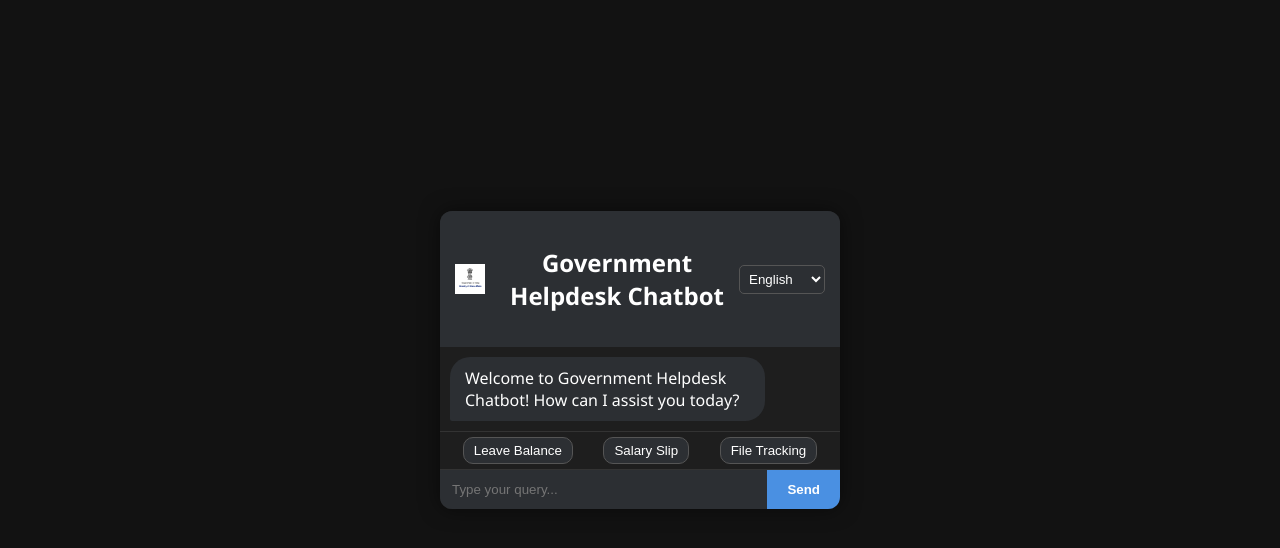
Repository: Bharath2026/Capstone-ccs_1-
Page: frontend/index.html
These files come from the project's save history. The page is drawn as it stood at one moment and after the next save; the edit follows.
The browser window is 1280 px wide. The pictures show the whole page.

Above is the page before, as saved 2025-08-25 11:09:58.

After the next save:
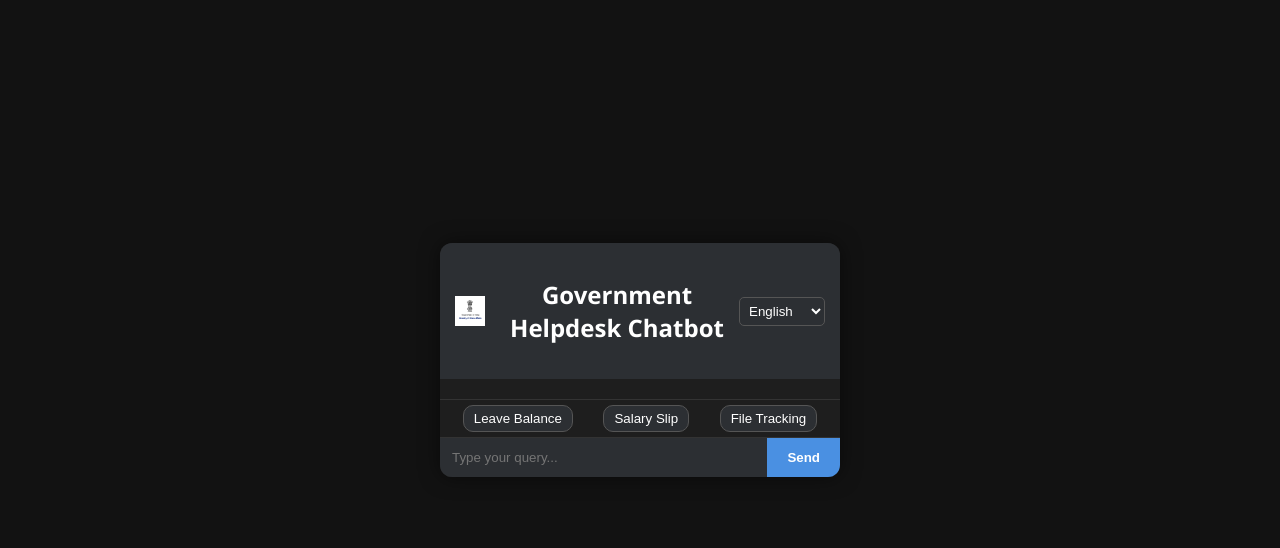
Console error: SyntaxError: Identifier 'responses' has already been declared
Saved 16 min 31 s later.
--- a/frontend/chat.js
+++ b/frontend/chat.js
@@ -61,6 +61,90 @@
         appendMessage("bot", responses[lang].sample);
         playSound();
     }, 1000);
+}// Play notification sound
+function playSound() {
+    let audio = document.getElementById("notify-sound");
+    if (audio) audio.play();
+}
+
+// Bot responses in multiple languages (placeholders)
+const responses = {
+    en: {
+        welcome: "Welcome to Government Helpdesk Chatbot! How can I assist you today?",
+        sample: "Hello! This is a sample response. Backend will answer real government queries."
+    },
+    kn: {
+        welcome: "ಸರ್ಕಾರಿ ಸಹಾಯವಾಣಿ ಚಾಟ್‌ಬಾಟ್‌ಗೆ ಸ್ವಾಗತ! ನಾನು ನಿಮಗೆ ಹೇಗೆ ಸಹಾಯ ಮಾಡಬಹುದು?",
+        sample: "ಹಲೋ! ಇದು ಒಂದು ಮಾದರಿ ಪ್ರತಿಕ್ರಿಯೆ. ನಿಜವಾದ ಉತ್ತರಗಳು ಬ್ಯಾಕ್‌ಎಂಡ್ ಮೂಲಕ ಬರುತ್ತವೆ."
+    },
+    hi: {
+        welcome: "सरकारी हेल्पडेस्क चैटबोट में आपका स्वागत है! मैं आपकी कैसे मदद कर सकता हूँ?",
+        sample: "नमस्ते! यह एक नमूना उत्तर है। वास्तविक उत्तर बैकएंड द्वारा प्रदान किए जाएंगे।"
+    }
+};
+
+// Get selected language
+function getLanguage() {
+    let langSelect = document.getElementById("language-selector");
+    return langSelect.value || "en";
+}
+
+// Append message to chat
+function appendMessage(sender, text, isTyping = false) {
+    let chatBox = document.getElementById("chat-box");
+    let msg = document.createElement("div");
+    msg.classList.add("message", sender);
+    msg.textContent = text;
+    if (isTyping) msg.classList.add("typing");
+    chatBox.appendChild(msg);
+    chatBox.scrollTop = chatBox.scrollHeight;
+}
+
+// Remove typing indicator
+function removeTypingIndicator() {
+    let typingMsg = document.querySelector(".message.bot.typing");
+    if (typingMsg) typingMsg.remove();
+}
+
+// Function to call Dialogflow API
+async function detectIntent(query) {
+    const response = await fetch('https://YOUR_DIALOGFLOW_API_ENDPOINT', {
+        method: 'POST',
+        headers: {
+            'Content-Type': 'application/json',
+            'Authorization': 'Bearer YOUR_ACCESS_TOKEN' // Use your Dialogflow access token
+        },
+        body: JSON.stringify({
+            queryInput: {
+                text: {
+                    text: query,
+                    languageCode: getLanguage()
+                }
+            }
+        })
+    });
+
+    const data = await response.json();
+    return data.queryResult.fulfillmentText; // Return the response text from Dialogflow
+}
+
+// Send user message
+async function sendMessage() {
+    let input = document.getElementById("user-input");
+    let message = input.value.trim();
+    if (message === "") return;
+
+    appendMessage("user", message);
+    input.value = "";
+
+    // Show bot typing indicator
+    appendMessage("bot", "Typing...", true);
+
+    // Call Dialogflow API
+    const botResponse = await detectIntent(message);
+    removeTypingIndicator();
+    appendMessage("bot", botResponse);
+    playSound();
 }
 
 // Quick reply button handler
@@ -80,3 +164,22 @@
     let lang = getLanguage();
     appendMessage("bot", responses[lang].welcome);
 });
+
+
+// Quick reply button handler
+function quickReply(text) {
+    document.getElementById("user-input").value = text;
+    sendMessage();
+}
+
+// Show welcome message on page load
+window.onload = function () {
+    let lang = getLanguage();
+    appendMessage("bot", responses[lang].welcome);
+};
+
+// Update welcome message when language changes
+document.getElementById("language-selector").addEventListener("change", () => {
+    let lang = getLanguage();
+    appendMessage("bot", responses[lang].welcome);
+});

After the save that followed:
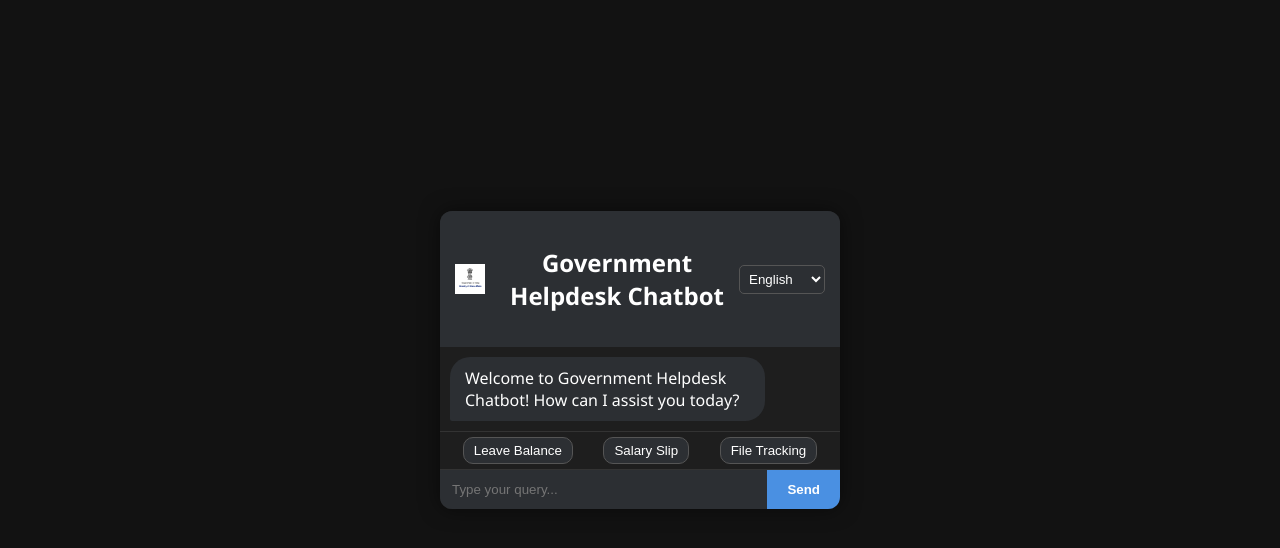
The error is gone.
Saved 62 s later.
--- a/frontend/chat.js
+++ b/frontend/chat.js
@@ -1,67 +1,4 @@
 // Play notification sound
-function playSound() {
-    let audio = document.getElementById("notify-sound");
-    if (audio) audio.play();
-}
-
-// Bot responses in multiple languages (placeholders)
-const responses = {
-    en: {
-        welcome: "Welcome to Government Helpdesk Chatbot! How can I assist you today?",
-        sample: "Hello! This is a sample response. Backend will answer real government queries."
-    },
-    kn: {
-        welcome: "ಸರ್ಕಾರಿ ಸಹಾಯವಾಣಿ ಚಾಟ್‌ಬಾಟ್‌ಗೆ ಸ್ವಾಗತ! ನಾನು ನಿಮಗೆ ಹೇಗೆ ಸಹಾಯ ಮಾಡಬಹುದು?",
-        sample: "ಹಲೋ! ಇದು ಒಂದು ಮಾದರಿ ಪ್ರತಿಕ್ರಿಯೆ. ನಿಜವಾದ ಉತ್ತರಗಳು ಬ್ಯಾಕ್‌ಎಂಡ್ ಮೂಲಕ ಬರುತ್ತವೆ."
-    },
-    hi: {
-        welcome: "सरकारी हेल्पडेस्क चैटबोट में आपका स्वागत है! मैं आपकी कैसे मदद कर सकता हूँ?",
-        sample: "नमस्ते! यह एक नमूना उत्तर है। वास्तविक उत्तर बैकएंड द्वारा प्रदान किए जाएंगे।"
-    }
-};
-
-// Get selected language
-function getLanguage() {
-    let langSelect = document.getElementById("language-selector");
-    return langSelect.value || "en";
-}
-
-// Append message to chat
-function appendMessage(sender, text, isTyping = false) {
-    let chatBox = document.getElementById("chat-box");
-    let msg = document.createElement("div");
-    msg.classList.add("message", sender);
-    msg.textContent = text;
-    if (isTyping) msg.classList.add("typing");
-    chatBox.appendChild(msg);
-    chatBox.scrollTop = chatBox.scrollHeight;
-}
-
-// Remove typing indicator
-function removeTypingIndicator() {
-    let typingMsg = document.querySelector(".message.bot.typing");
-    if (typingMsg) typingMsg.remove();
-}
-
-// Send user message
-function sendMessage() {
-    let input = document.getElementById("user-input");
-    let message = input.value.trim();
-    if (message === "") return;
-
-    appendMessage("user", message);
-    input.value = "";
-
-    // Show bot typing indicator
-    appendMessage("bot", "Typing...", true);
-
-    setTimeout(() => {
-        removeTypingIndicator();
-        let lang = getLanguage();
-        appendMessage("bot", responses[lang].sample);
-        playSound();
-    }, 1000);
-}// Play notification sound
 function playSound() {
     let audio = document.getElementById("notify-sound");
     if (audio) audio.play();
@@ -164,22 +101,3 @@
     let lang = getLanguage();
     appendMessage("bot", responses[lang].welcome);
 });
-
-
-// Quick reply button handler
-function quickReply(text) {
-    document.getElementById("user-input").value = text;
-    sendMessage();
-}
-
-// Show welcome message on page load
-window.onload = function () {
-    let lang = getLanguage();
-    appendMessage("bot", responses[lang].welcome);
-};
-
-// Update welcome message when language changes
-document.getElementById("language-selector").addEventListener("change", () => {
-    let lang = getLanguage();
-    appendMessage("bot", responses[lang].welcome);
-});
